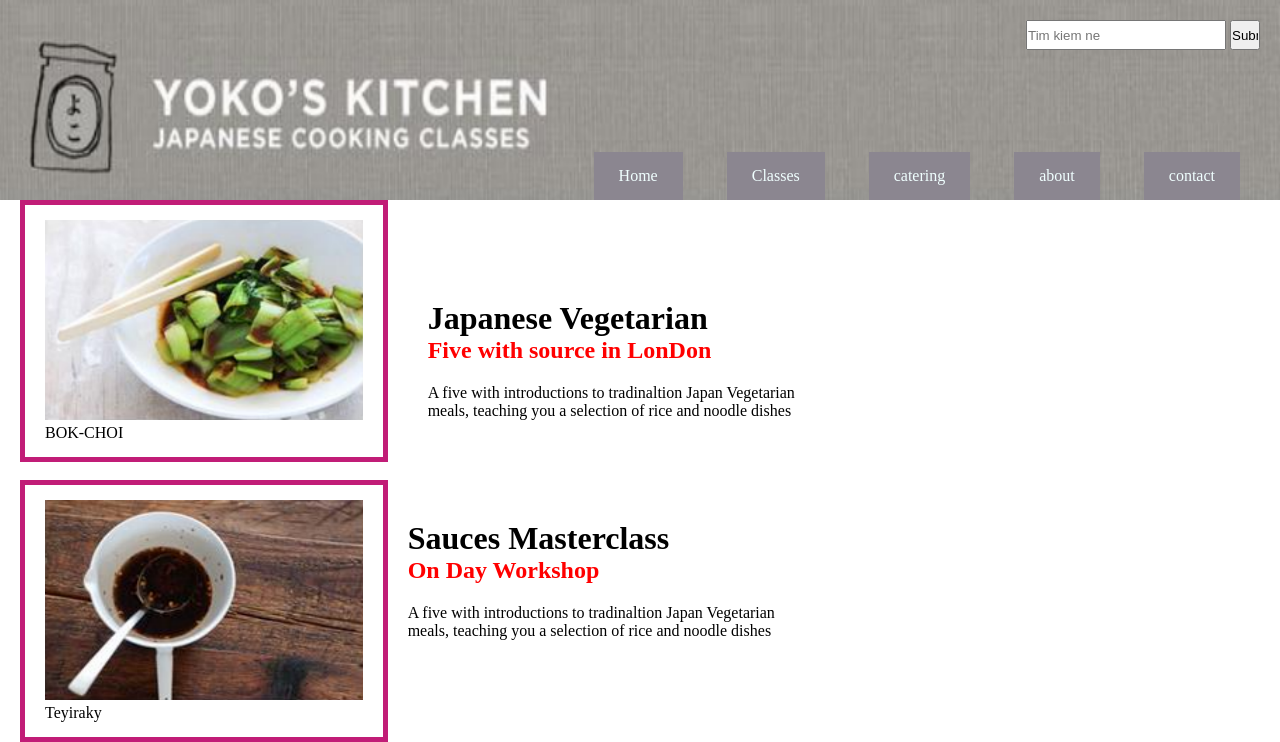
Repository: huy352002/20012931-Tr-n-Quang-Huy
Page: bt2.html
These files come from the project's save history. The page is drawn as it stood at one moment and after the next save; the edit follows.
The browser window is 1280 px wide. The pictures show the whole page.

Above is the page before, as saved 2022-09-30 10:29:46.

### bt2.html
<!DOCTYPE html>
<html lang="en">

<head>
    <meta charset="UTF-8">
    <meta http-equiv="X-UA-Compatible" content="IE=edge">
    <meta name="viewport" content="width=device-width, initial-scale=1.0">
    <title>Document</title>
    <link rel="stylesheet" href="/bt2.css">
</head>

<body>
    <div class="header">
        <div class="background">

            <ul>
                <li> <a href="">Home</a> </li>
                <li> <a href="">Classes</a> </li>
                <li> <a href="">catering</a> </li>
                <li> <a href="">about</a> </li>
                <li> <a href="">contact</a> </li>
            </ul>
        </div>

        <form class="form" action="">
            <input class="form_a" type="text" placeholder="Tim kiem ne">
            <input class="form_b" type="submit">
        </form>
    </div>


    <div class="container">

        <div class="body1">
            <div class="sub1">
                <div class="img_boder">
                    <img class="img" src="/img1.png">
                    <p>BOK-CHOI</p>
                </div>
                <br>
                <div class="img_boder">
                    <img class="img" src="/img2.png" alt="">
                    <p>Teyiraky</p>
                </div>
            </div>


            <div class="sub2">
                <div class="P_1">
                    <div class="nav_P1">
                        <H1>Japanese Vegetarian</H1>
                        <H2>Five with source in LonDon</H2>

                    </div>
                    <p>A five with introductions to tradinaltion Japan Vegetarian meals, teaching you a selection of rice and noodle dishes</p>
                </div>

                <div class="P_2">
                    <div class="nav_P1">
                        <H1>Sauces Masterclass</H1>

                        <H2>On Day Workshop</H2>

                    </div>
                    <p>A five with introductions to tradinaltion Japan Vegetarian meals, teaching you a selection of rice and noodle dishes</p>
                </div>
            </div>

        </div>
    </div>



    <div class="body2"></div>
    </div>


    <div class="footer"></div>
</body>

</html>

### bt2.css
* {
    margin: 0;
    padding: 0%;
    box-sizing: border-box;
}

.header {
    width: 100%;
    height: 200px;
    position: relative;
    background-image: url(/backgroun.png);
    background-repeat: no-repeat;
    background-size: 100% 100%;
}

.header ul {
    position: absolute;
    right: 0;
    bottom: 0;
    margin: 0 20px;
}

.header ul li {
    display: inline-block;
    padding: 15px 25px;
    background-color: rgb(139, 134, 144);
    right: 0;
    top: 0;
    margin: 0 20px;
}

.header ul li a {
    text-decoration: none;
    color: azure;
}

.header ul li a:hover {
    color: rgb(8, 8, 8);
}

.form {
    position: absolute;
    right: 0;
    top: 0;
    margin: 20px 20px;
}

.form_a {
    width: 200px;
    height: 30px;
}

.form_b {
    width: 30px;
    height: 30px;
}

.container {
    width: 100%;
    height: auto;
    position: relative;
}

.body1 {
    position: relative;
    width: 65%;
    height: auto;
}

.sub1 {
    position: relative;
    width: 49%;
    display: inline-block;
}

.img {
    width: 100%;
    height: 200px;
}

.img_boder {
    border: 5px solid rgb(193, 29, 119);
    padding: 15px 20px;
    margin: 0 20px;
}

.sub2 {
    display: inline-block;
    position: absolute;
    width: 49%;
}

.P_1 {
    margin: 10px 10px;
    padding: 10px 10px;
}

.nav_P1 {
    margin-bottom: 20px;
}

.nav_P1 h2,
.P_2 h2 {
    color: red;
}

.P_1 {
    margin: 90px 10px;
    padding: 10px 10px;
}

.body2 {
    position: absolute;
    width: 35%;
    height: auto;
}

After the next save:
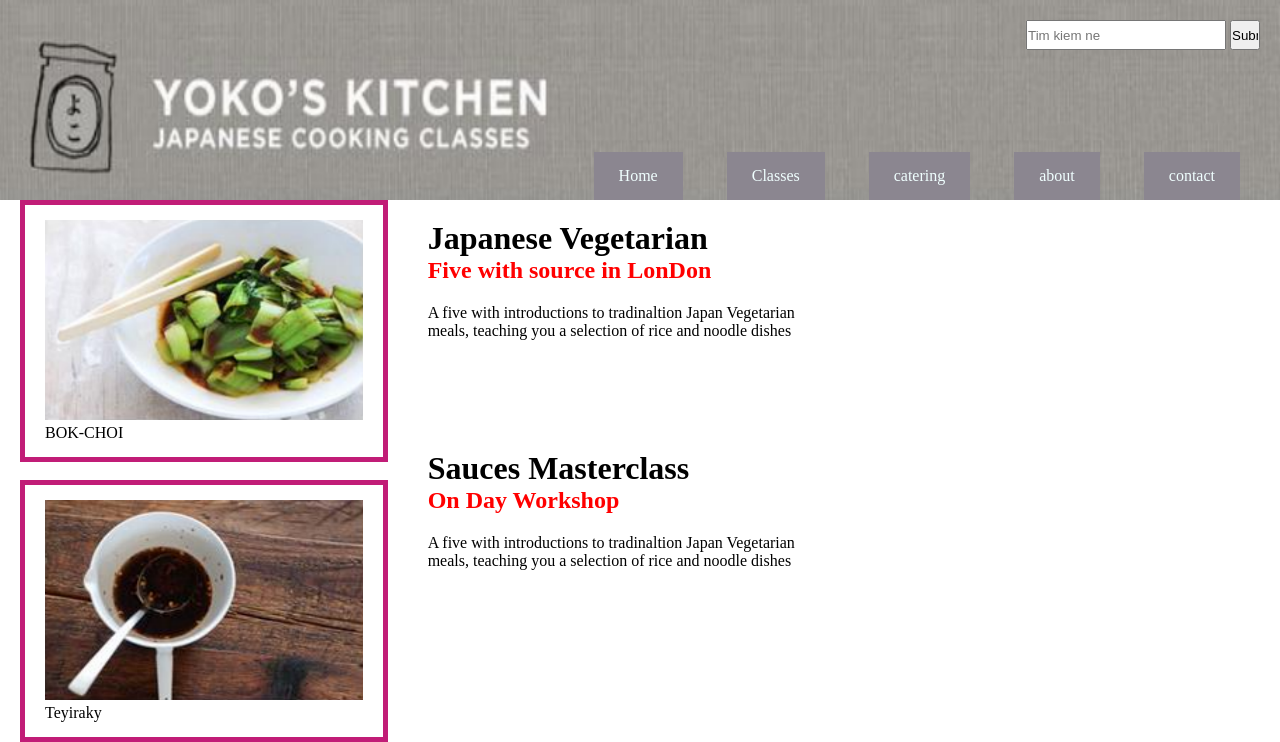
Saved 7 s later.
--- a/bt2.css
+++ b/bt2.css
@@ -104,7 +104,7 @@
     color: red;
 }
 
-.P_1 {
+.P_2 {
     margin: 90px 10px;
     padding: 10px 10px;
 }
